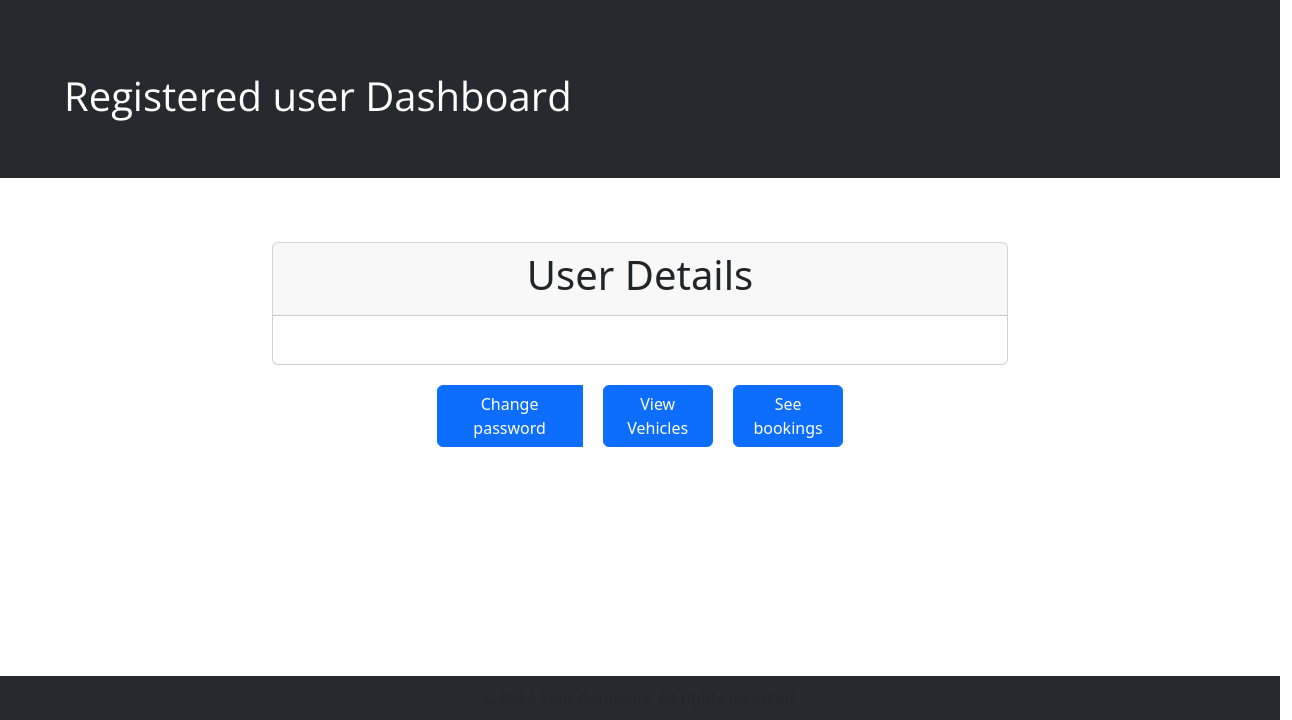
Repository: VimashaVishvani/VehicleRental
Page: http://localhost/Vehicle_rentalDb/registeredUser.jsp
An editor plug-in stored every save of this project. The page is shown before and after the next save, followed by the edit.
The browser window is 1280 px wide. The page is 1280 px wide, then 1292 px, so the pictures cover 1292 px, including what lies to the right of the window. The pictures show the whole page.
The page is served by Tomcat 9.

Above is the page before, as saved 2024-05-12 10:24:54.

After the next save:
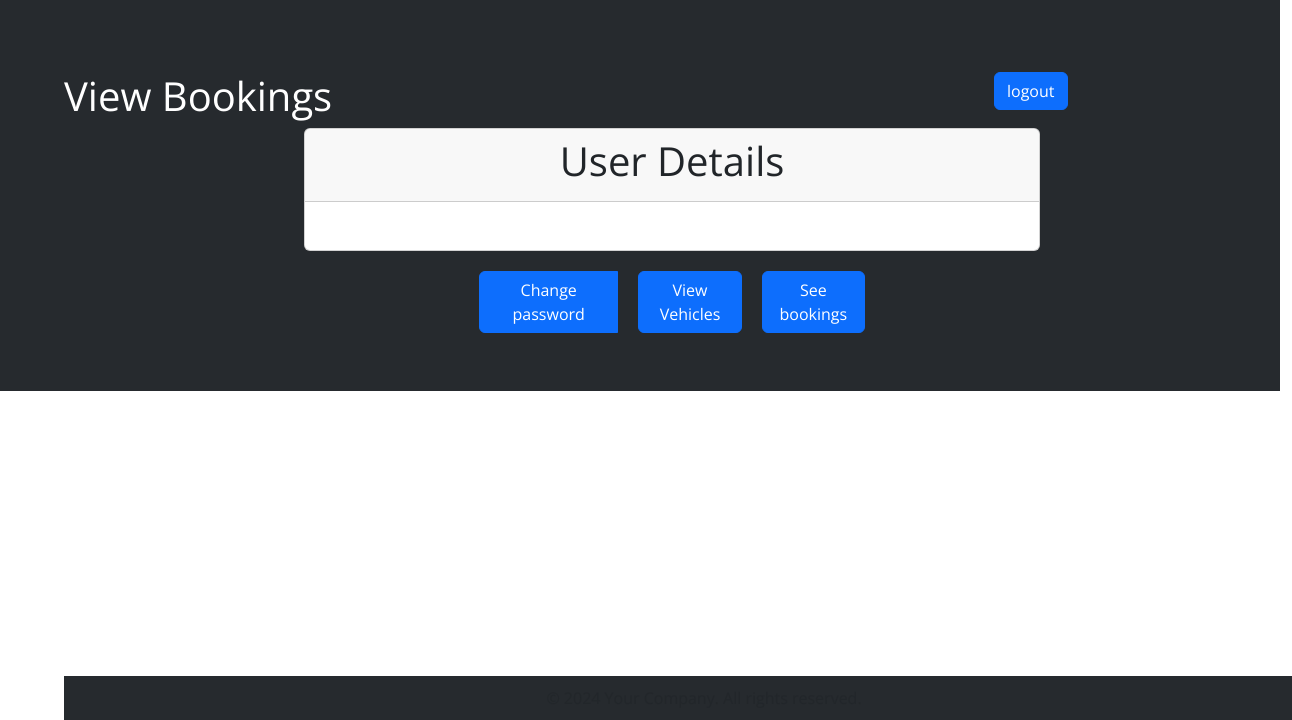
Saved 47 s later.
--- a/Vehicle_rentalDb/src/main/webapp/registeredUser.jsp
+++ b/Vehicle_rentalDb/src/main/webapp/registeredUser.jsp
@@ -55,8 +55,13 @@
     </script>
 </c:if>
 
-<h1 class="dashboard">Registered user Dashboard</h1>
+<div class="dashboard">
+<div class="row">
+<div class="col-6"><h1 >View Bookings</h1></div>
+<div class="col-3"></div>
+<div class="col-3"><a href="login.jsp" class="btn btn-primary">logout</a></div>
 
+</div>
 <div class="container">
     <div class="row">
         <div class="col-md-8 offset-md-2">
